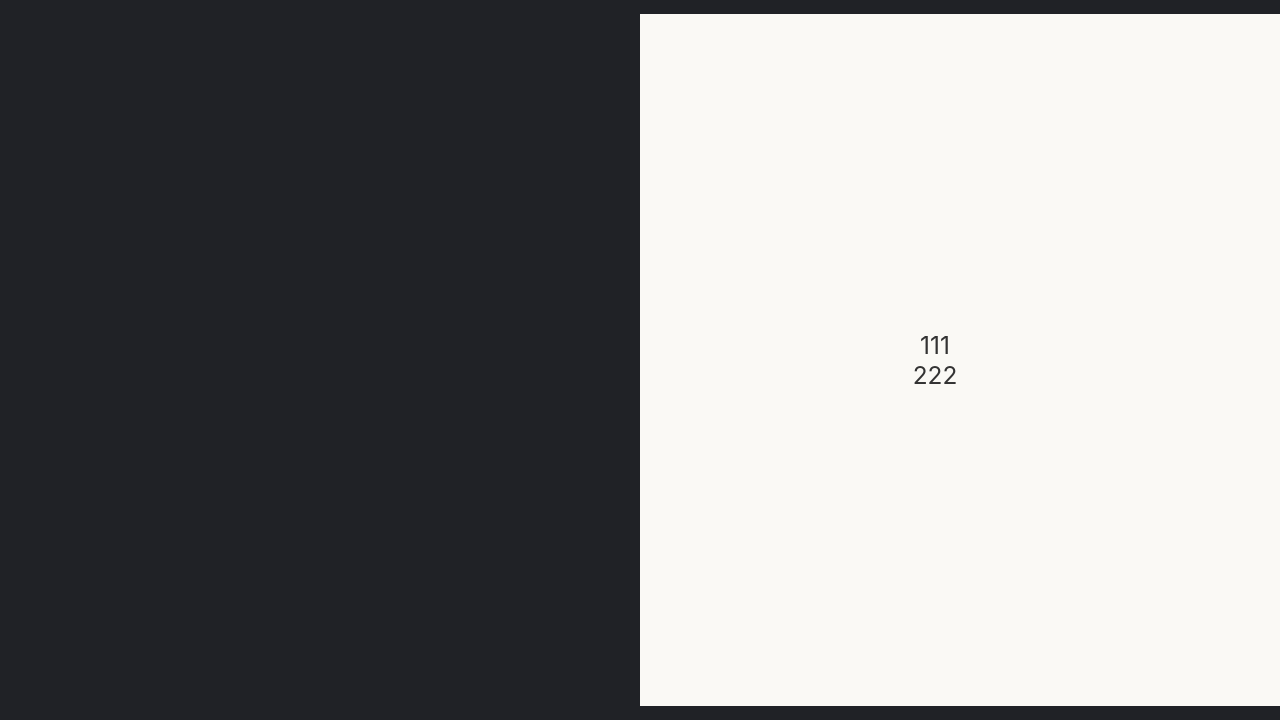
Repository: GuinsooRocky/-Technology-sharing-rocky
Page: /catalog
The author's editor kept a copy of each file at every save. The page is drawn from the files as they stood at one save, then again after the next save.
The browser window is 1280 px wide. The pictures show the whole page.
The project was rebuilt for these pictures with package versions that can differ from the ones it lists, and the page was loaded fresh each time. Also part of the build but not shown: src/pages/Home/home.less, src/component/Fault/fault.less, src/component/Fault/faultMad.tsx, src/pages/Home/home.tsx.

Above is the page before, as saved 2020-09-20 10:50:45.

After the next save:
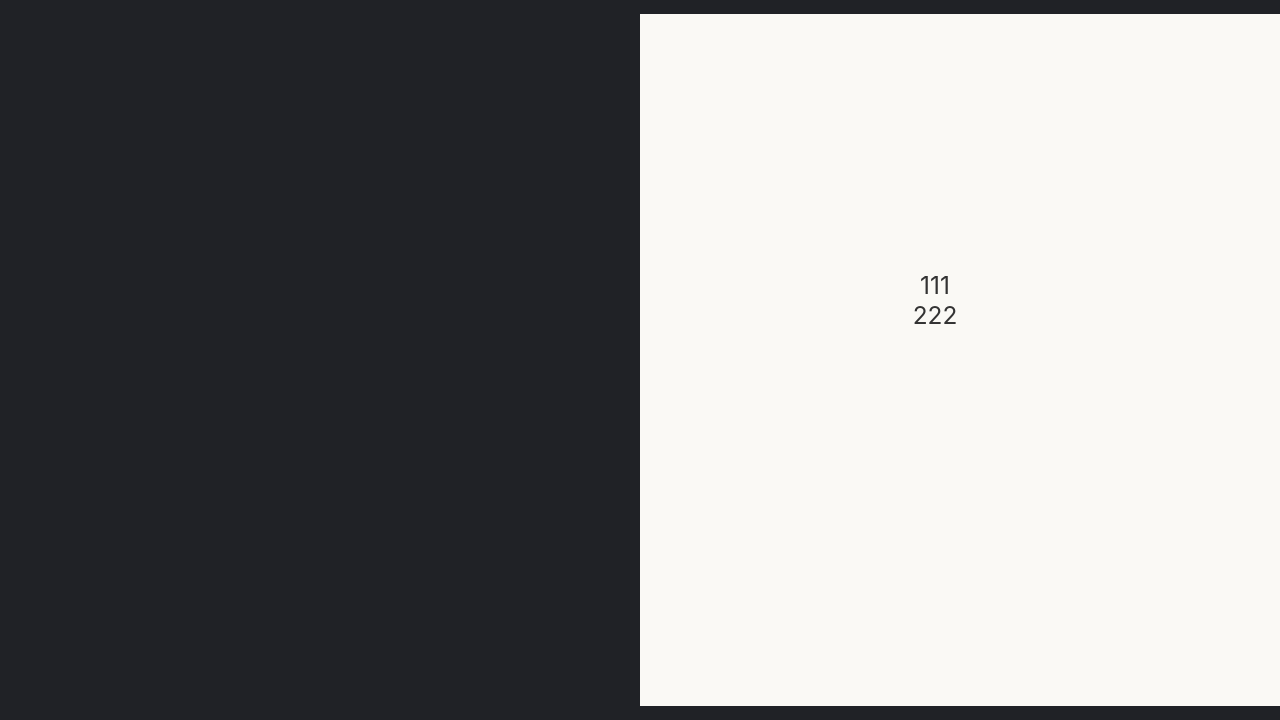
Saved 19 s later.
--- a/src/pages/Catalog/catalog.less
+++ b/src/pages/Catalog/catalog.less
@@ -3,11 +3,11 @@
   display: inline-block;
   width: 50%;
   height: 100%;
-  display: flex;
-  flex-direction: column;
-  justify-content: center;
-  font-size: calc(10px + 2vmin);
-  align-items: flex-start;
+  // display: flex;
+  // flex-direction: column;
+  // justify-content: center;
+  // font-size: calc(10px + 2vmin);
+  // align-items: flex-start;
 }
 
 .catalog {
